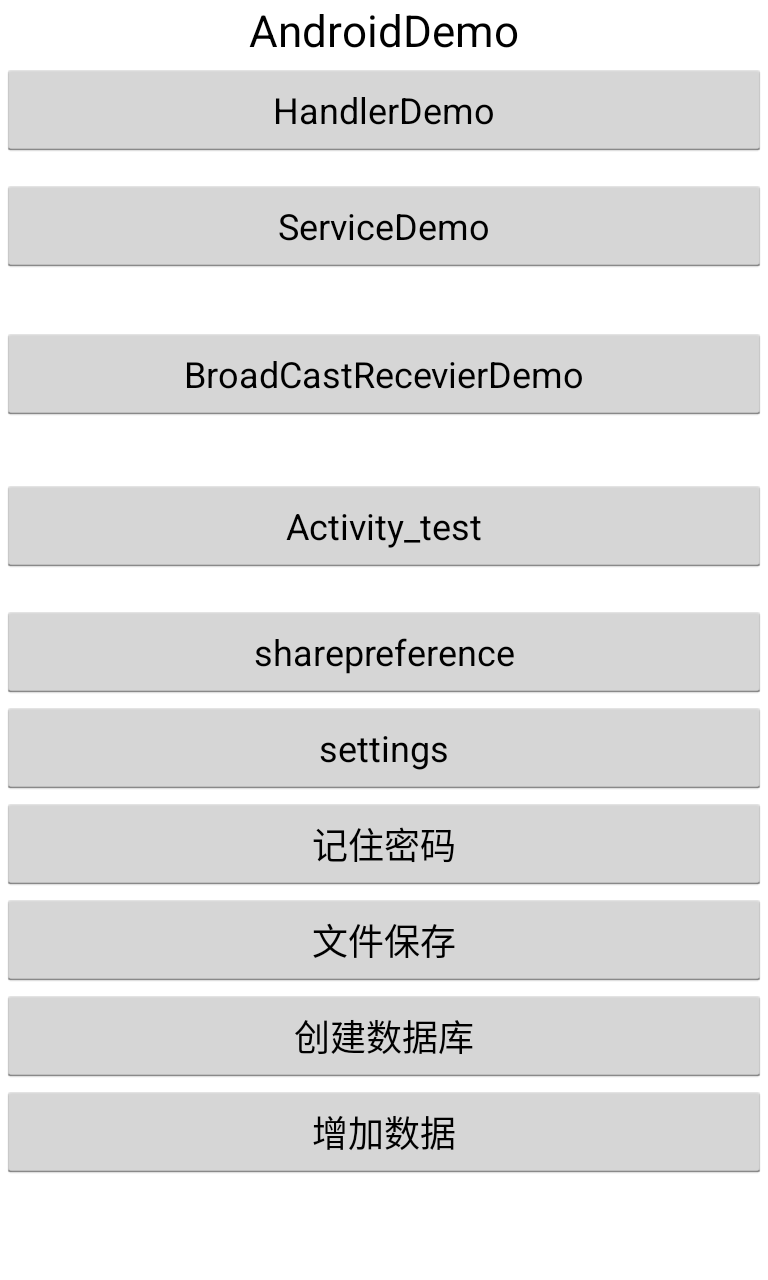
Repository: fengzixu/AndroidLearing
Layout: MyTestPrograme/AndroidDemo/res/layout/activity_main.xml
An editor plug-in stored every save of this project. The layout is shown before and after the next save, followed by the edit.
It is drawn on a 768 x 1280 px phone screen (xhdpi) without system bars, with theme AppTheme; the app's code is not run.

Above is the layout before, as saved 2015-05-13 12:38:42.

### MyTestPrograme/AndroidDemo/res/layout/activity_main.xml
<ScrollView xmlns:android="http://schemas.android.com/apk/res/android"
    xmlns:tools="http://schemas.android.com/tools"
    android:layout_width="match_parent"
    android:layout_height="match_parent" >

    <RelativeLayout
        android:layout_width="match_parent"
        android:layout_height="match_parent" >

        <TextView
            android:id="@+id/textView1"
            android:layout_width="wrap_content"
            android:layout_height="wrap_content"
            android:layout_alignParentTop="true"
            android:layout_centerHorizontal="true"
            android:text="AndroidDemo"
            android:textAppearance="?android:attr/textAppearanceLarge" />

        <Button
            android:id="@+id/HandlerDemo"
            android:layout_width="match_parent"
            android:layout_height="wrap_content"
            android:layout_centerHorizontal="true"
            android:layout_marginTop="31dp"
            android:onClick="HandlerDemo"
            android:text="HandlerDemo" />

        <Button
            android:id="@+id/ServiceDemo"
            android:layout_width="match_parent"
            android:layout_height="wrap_content"
            android:layout_alignParentLeft="true"
            android:layout_below="@id/HandlerDemo"
            android:layout_marginTop="10dp"
            android:onClick="ServiceDemo"
            android:text="ServiceDemo" />

        <Button
            android:id="@+id/BroadCastRecevierDemo"
            android:layout_width="match_parent"
            android:layout_height="wrap_content"
            android:layout_alignParentLeft="true"
            android:layout_below="@+id/ServiceDemo"
            android:layout_marginTop="26dp"
            android:onClick="BroadCastRecevierDemo"
            android:text="BroadCastRecevierDemo" />

        <Button
            android:id="@+id/Activity_test_button1"
            android:layout_width="match_parent"
            android:layout_height="wrap_content"
            android:layout_below="@+id/BroadCastRecevierDemo"
            android:layout_centerHorizontal="true"
            android:layout_marginTop="28dp"
            android:onClick="Activitytest"
            android:text="Activity_test" />

        <Button
            android:id="@+id/sharepreference_button1"
            android:layout_width="match_parent"
            android:layout_height="wrap_content"
            android:layout_alignParentLeft="true"
            android:layout_below="@+id/BroadCastRecevierDemo"
            android:layout_marginTop="91dp"
            android:onClick="sharepreference"
            android:text="sharepreference" />

        <Button
            android:id="@+id/settings_button1"
            android:layout_width="match_parent"
            android:layout_height="wrap_content"
            android:layout_below="@+id/sharepreference_button1"
            android:layout_centerHorizontal="true"
            android:onClick="settings"
            android:text="settings" />
                <Button
            android:id="@+id/savepasswd_button1"
            android:layout_width="match_parent"
            android:layout_height="wrap_content"
            android:layout_below="@id/settings_button1"
            android:layout_centerHorizontal="true"
            android:onClick="savepasswd"
            android:text="记住密码" />
                                <Button
            android:id="@+id/savefile_button1"
            android:layout_width="match_parent"
            android:layout_height="wrap_content"
            android:layout_below="@id/savepasswd_button1"
            android:layout_centerHorizontal="true"
            android:onClick="savefile"
            android:text="文件保存" />
                                                                <Button
            android:id="@+id/create_database_button1"
            android:layout_width="match_parent"
            android:layout_height="wrap_content"
            android:layout_below="@id/savefile_button1"
            android:layout_centerHorizontal="true"
            android:onClick="createdatabase"
            android:text="创建数据库" />
                                                                                                                                <Button
            android:id="@+id/add_data_button1"
            android:layout_width="match_parent"
            android:layout_height="wrap_content"
            android:layout_below="@id/create_database_button1"
            android:layout_centerHorizontal="true"
            android:onClick="AddData"
            android:text="增加数据" />
    </RelativeLayout>

</ScrollView>

Loaded but not shown: MyTestPrograme/AndroidDemo/res/values/styles.xml (common file); MyTestPrograme/AndroidDemo/res/values-v11/styles.xml (common file); MyTestPrograme/AndroidDemo/res/values-v14/styles.xml (common file)

After the next save:
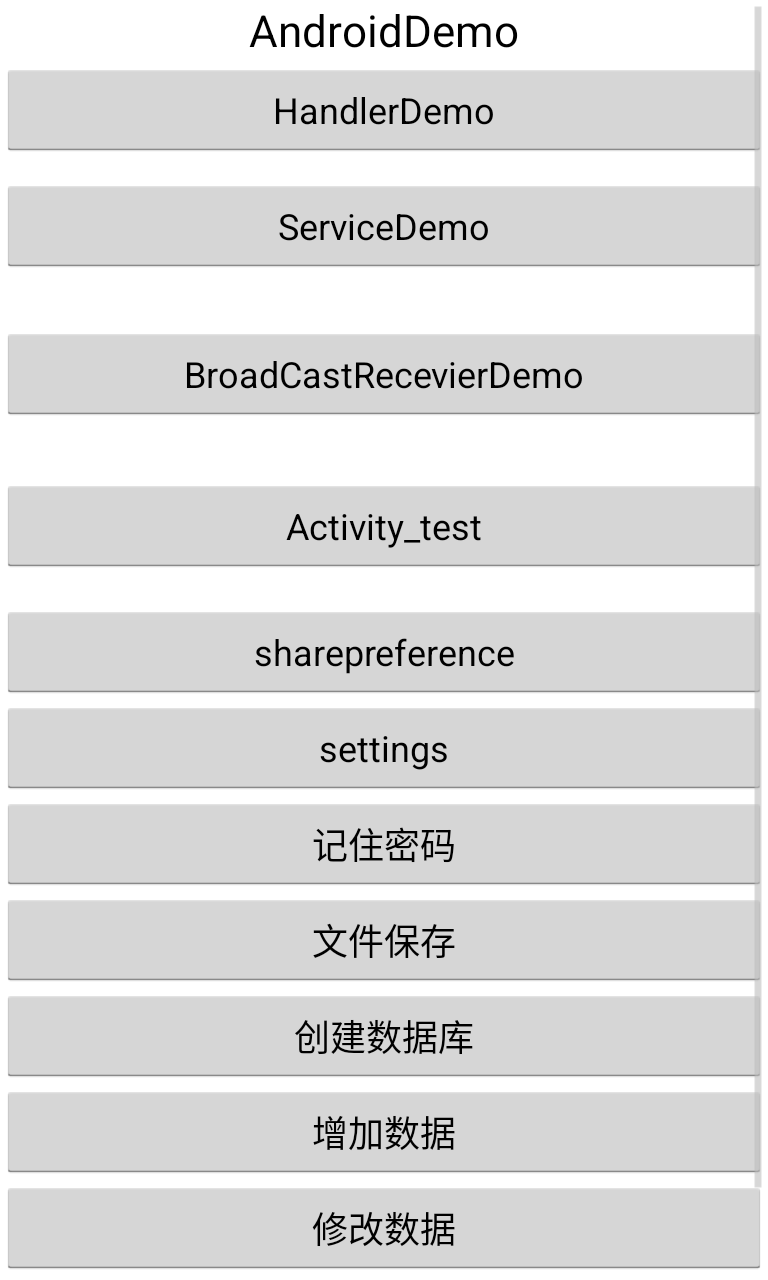
Saved 43 min 19 s later.
--- a/MyTestPrograme/AndroidDemo/res/layout/activity_main.xml
+++ b/MyTestPrograme/AndroidDemo/res/layout/activity_main.xml
@@ -73,7 +73,8 @@
             android:layout_centerHorizontal="true"
             android:onClick="settings"
             android:text="settings" />
-                <Button
+
+        <Button
             android:id="@+id/savepasswd_button1"
             android:layout_width="match_parent"
             android:layout_height="wrap_content"
@@ -81,7 +82,8 @@
             android:layout_centerHorizontal="true"
             android:onClick="savepasswd"
             android:text="记住密码" />
-                                <Button
+
+        <Button
             android:id="@+id/savefile_button1"
             android:layout_width="match_parent"
             android:layout_height="wrap_content"
@@ -89,7 +91,8 @@
             android:layout_centerHorizontal="true"
             android:onClick="savefile"
             android:text="文件保存" />
-                                                                <Button
+
+        <Button
             android:id="@+id/create_database_button1"
             android:layout_width="match_parent"
             android:layout_height="wrap_content"
@@ -97,7 +100,8 @@
             android:layout_centerHorizontal="true"
             android:onClick="createdatabase"
             android:text="创建数据库" />
-                                                                                                                                <Button
+
+        <Button
             android:id="@+id/add_data_button1"
             android:layout_width="match_parent"
             android:layout_height="wrap_content"
@@ -105,6 +109,24 @@
             android:layout_centerHorizontal="true"
             android:onClick="AddData"
             android:text="增加数据" />
+
+        <Button
+            android:id="@+id/update_data_button1"
+            android:layout_width="match_parent"
+            android:layout_height="wrap_content"
+            android:layout_below="@id/add_data_button1"
+            android:layout_centerHorizontal="true"
+            android:onClick="UpdateData"
+            android:text="修改数据" />
+
+        <Button
+            android:id="@+id/delete_data_button1"
+            android:layout_width="match_parent"
+            android:layout_height="wrap_content"
+            android:layout_below="@id/update_data_button1"
+            android:layout_centerHorizontal="true"
+            android:onClick="DeleteData"
+            android:text="删除数据" />
     </RelativeLayout>
 
 </ScrollView>
